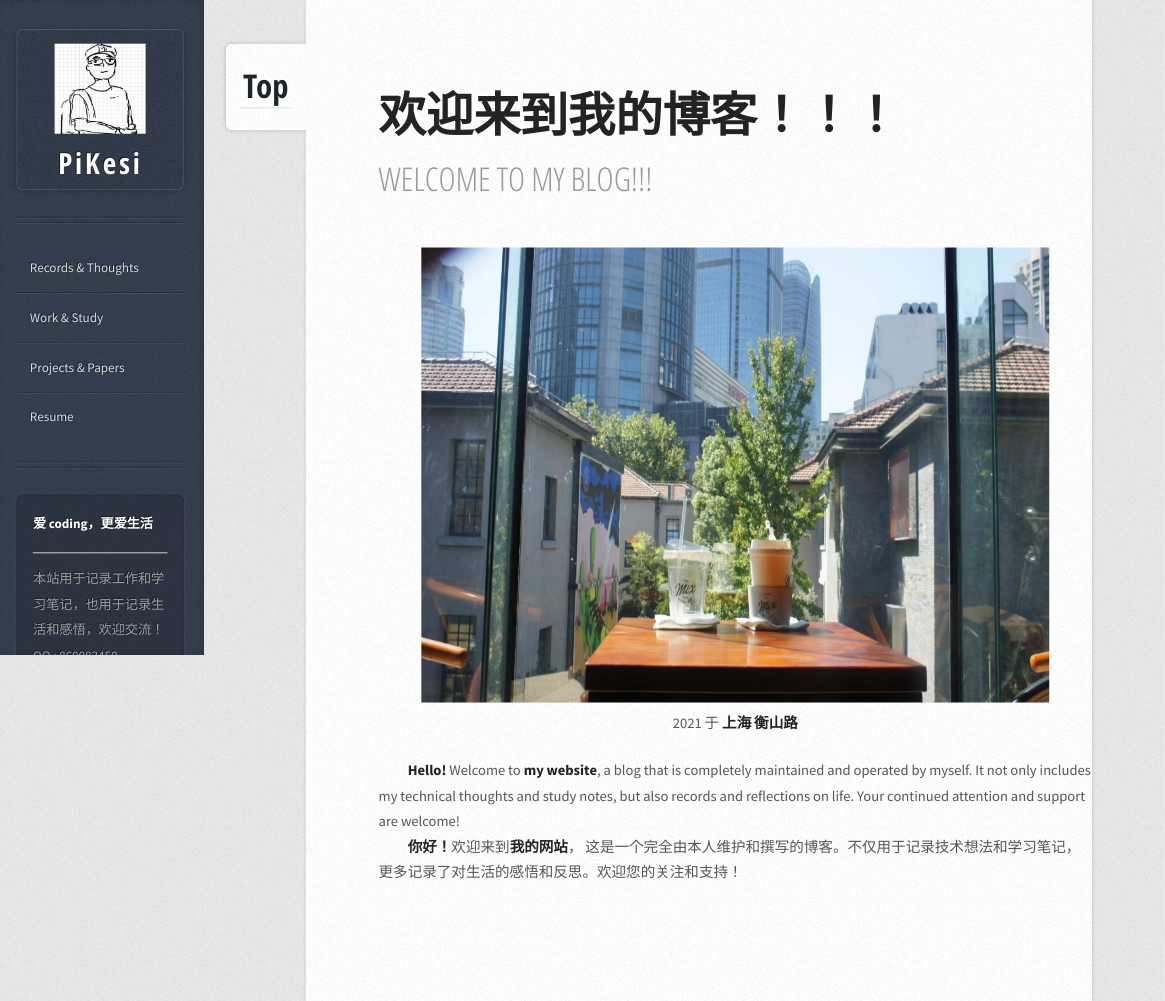
Repository: PiKesi522/PiKesi522.github.io
Page: index.html
An editor plug-in stored every save of this project. The page is shown before and after a run of saves, followed by the edit.
The browser window is 1280 px wide. The pictures show the whole page, at 91% of full size.

Above is the page before, as saved 2023-04-11 11:50:02.

### index.html
<!DOCTYPE HTML>
<!--
	Striped by HTML5 UP
	html5up.net | @ajlkn
	Free for personal and commercial use under the CCA 3.0 license (html5up.net/license)
-->
<html>

<head>
	<title>PiKesi's Home on the Internet</title>
	<meta charset="utf-8" />
	<meta name="viewport" content="width=device-width, initial-scale=1, user-scalable=no" />
	<link rel="stylesheet" href="assets/css/main.css" />
</head>

<body class="is-preload">

	<!-- Content -->
	<div id="content">
		<div class="inner">

			<!-- 我的第一个博客 -->
			<article class="box post post-excerpt">
				<header>
					<!--
						Note: Titles and subtitles will wrap automatically when necessary, so don't worry
						if they get too long. You can also remove the <p> entirely if you don't
						need a subtitle.
								-->
					<h2>欢迎来到我的博客！！！</h2>
					<p>WELCOME TO MY BLOG!!!</p>
				</header>
				<div class="info">
					<!--
									Note: The date should be formatted exactly as it's shown below. In particular, the
									"least significant" characters of the month should be encapsulated in a <span>
									element to denote what gets dropped in 1200px mode (eg. the "uary" in "January").
									Oh, and if you don't need a date for a particular page or post you can simply delete
									the entire "date" element.

								-->
					<span class="date">
						<span class="day">Top</span>
					</span>

				</div>
				<a class="image featured">
					<img width="1000px" height="500px" src="markdown/MainPage/head.jpg" alt="" />
				</a>
				<div style="text-align: center; margin: 0 0 1.5em 0;">2021 于 <strong>上海 衡山路</strong></div>
				<div style=" text-indent:2em">
					<strong>Hello!</strong> Welcome to <strong> my website</strong>,
					a blog that is completely maintained and operated by myself.
					It not only includes my technical thoughts and study notes,
					but also records and reflections on life.
					Your continued attention and support are welcome!
					<br>
				</div>
				<div style=" text-indent:2em">
					<strong>你好！</strong>欢迎来到<strong>我的网站</strong>，
					这是一个完全由本人维护和撰写的博客。不仅用于记录技术想法和学习笔记，
					更多记录了对生活的感悟和反思。欢迎您的关注和支持！
					<br>
				</div>
			</article>
		</div>
	</div>

	<!-- Sidebar -->
	<div id="sidebar">

		<!-- Logo -->
		<h1 id="logo">
			<a href="index.html">
				<img style="width: 100px;" src="assets/images/icon1.jpg" alt="Avator">
				<div style="margin: 0.5em 0 0 0;">
					PiKesi
				</div>
			</a>
		</h1>


		<!-- Nav -->
		<nav id="nav">
			<ul>
				<li><a href="life.html">Records & Thoughts</a></li>
				<li><a href="note.html">Work & Study</a></li>
				<li><a href="projects.html">Projects & Papers</a></li>
				<li><a href="resume.html">Resume</a></li>
				<!-- <li><a href="#">Contact Me</a></li> -->
			</ul>
		</nav>

		<!-- Text -->
		<section class="box text-style1">
			<div class="inner">
				<p>
					<strong> 爱 coding，更爱生活</strong>
					<hr>
					本站用于记录工作和学习笔记，也用于记录生活和感悟，欢迎交流！
					<br />
					QQ : 860083450
					<br />
					WX : PiKesi22
				</p>
			</div>
		</section>
	</div>

	<!-- Scripts -->
	<script src="assets/js/jquery.min.js"></script>
	<script src="assets/js/browser.min.js"></script>
	<script src="assets/js/breakpoints.min.js"></script>
	<script src="assets/js/util.js"></script>
	<script src="assets/js/main.js"></script>

</body>

</html>

Loaded but not shown: assets/css/fontawesome-all.min.css (library); assets/js/jquery.min.js (library); assets/js/browser.min.js (common file); assets/js/breakpoints.min.js (common file); assets/js/util.js (587 lines, source omitted); assets/css/main.css (3019 lines, source omitted); public/assets/js/main.js (no copy from this time; the picture is the same without it)

After the next 2 saves:
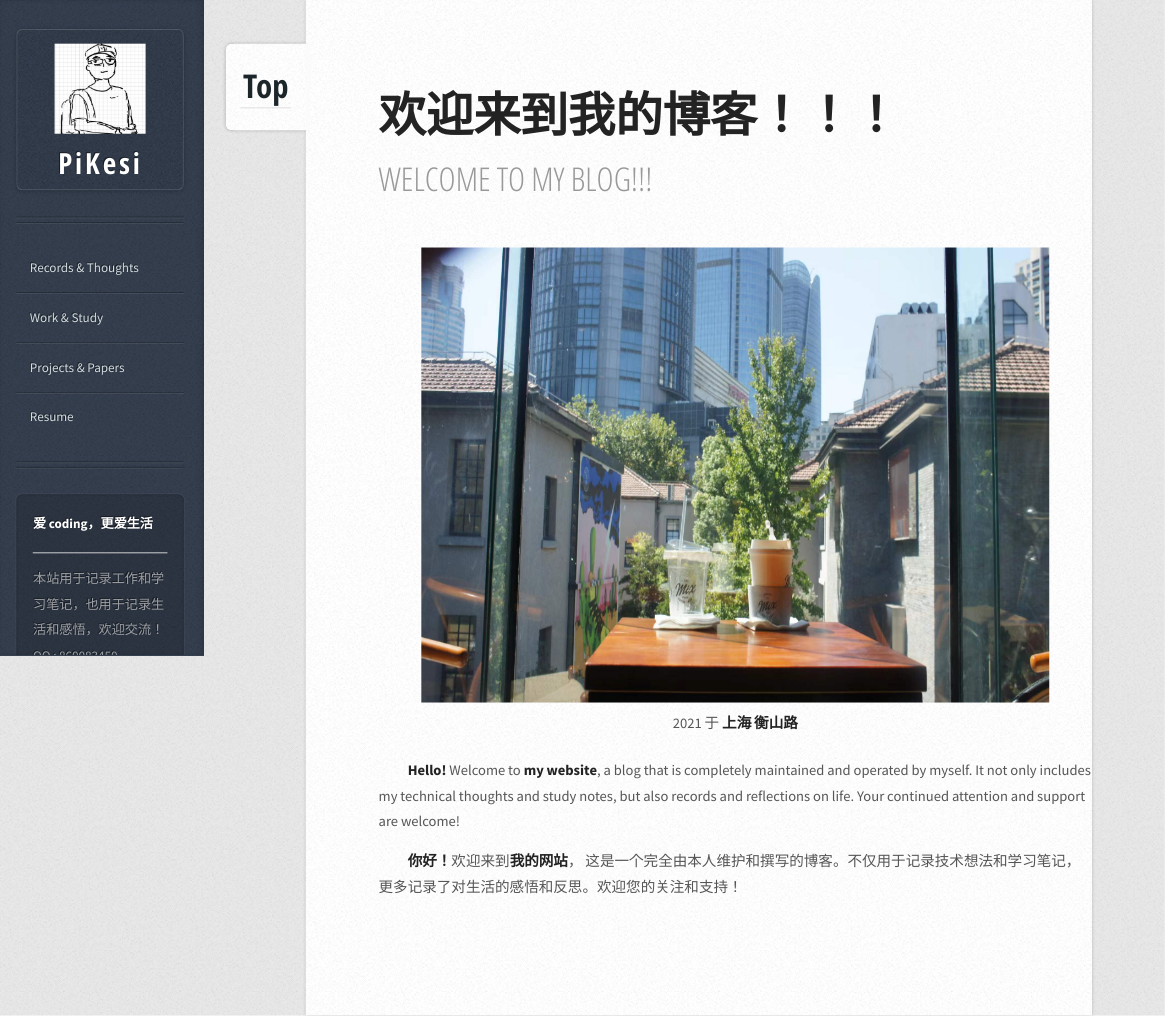
The 2 saves are shown as one change because they came seconds apart.
The last was saved 16 s later.
--- a/index.html
+++ b/index.html
@@ -56,7 +56,7 @@
 					Your continued attention and support are welcome!
 					<br>
 				</div>
-				<div style=" text-indent:2em">
+				<div style=" text-indent:2em; margin-top: 1em;">
 					<strong>你好！</strong>欢迎来到<strong>我的网站</strong>，
 					这是一个完全由本人维护和撰写的博客。不仅用于记录技术想法和学习笔记，
 					更多记录了对生活的感悟和反思。欢迎您的关注和支持！
